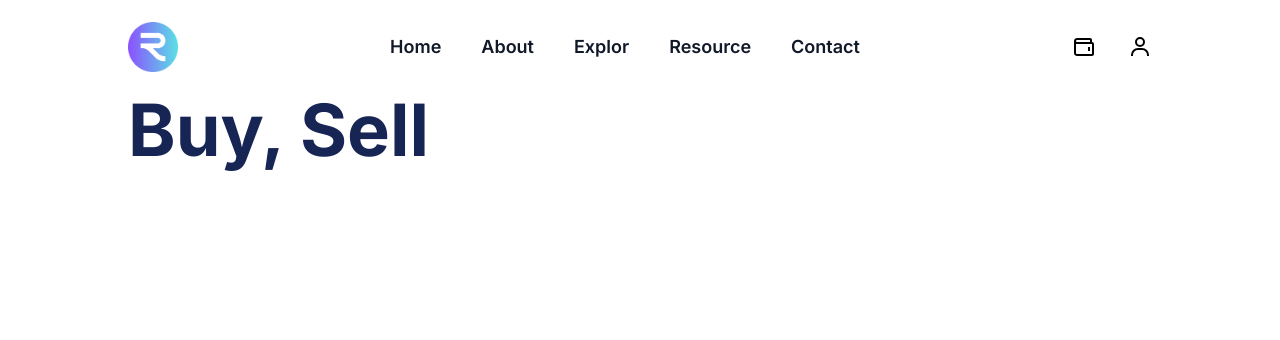
Repository: longblue2910/rimdasilva-ui
Page: /
These files come from the project's save history. The page is drawn as it stood at one moment and after a run of saves; the edit follows.
The browser window is 1280 px wide. The pictures show the whole page.
The project was rebuilt for these pictures with package versions that can differ from the ones it lists, and the page was loaded fresh each time. The framework's server and built-in components were replaced by stand-ins that run in the browser. Also part of the build but not shown: next.config.mjs.

Above is the page before, as saved 2024-08-09 16:22:16.

After the next 2 saves:
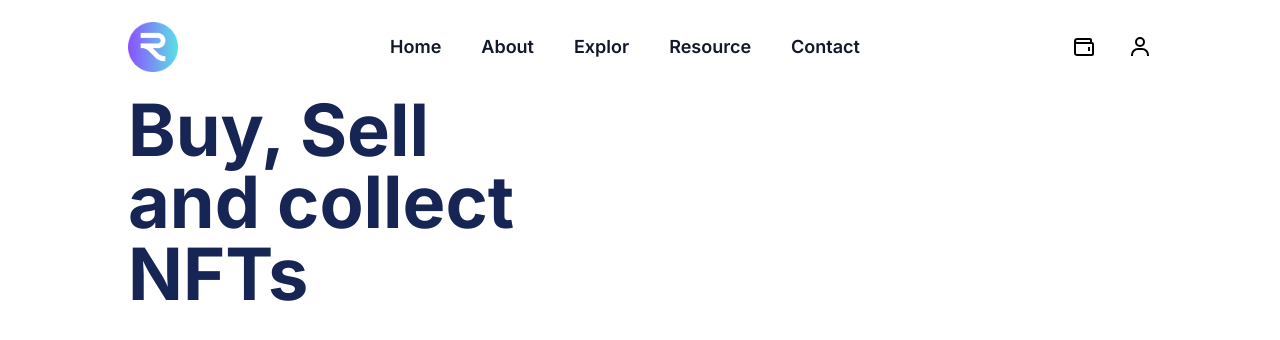
The 2 saves are shown as one change because they came seconds apart.
The last was saved 6 s later.
--- a/components/Home/Hero/Hero.tsx
+++ b/components/Home/Hero/Hero.tsx
@@ -7,7 +7,7 @@ const Hero = () => {
         {/* Text content */}
         <div className="col-span-2">
           <h1 className="text-2xl sm:text-4xl lg:text-5xl xl:text-7xl text-blue-950 font-bold">
-            Buy, Sell
+            Buy, Sell and collect NFTs
           </h1>
         </div>
         {/* Image */}
